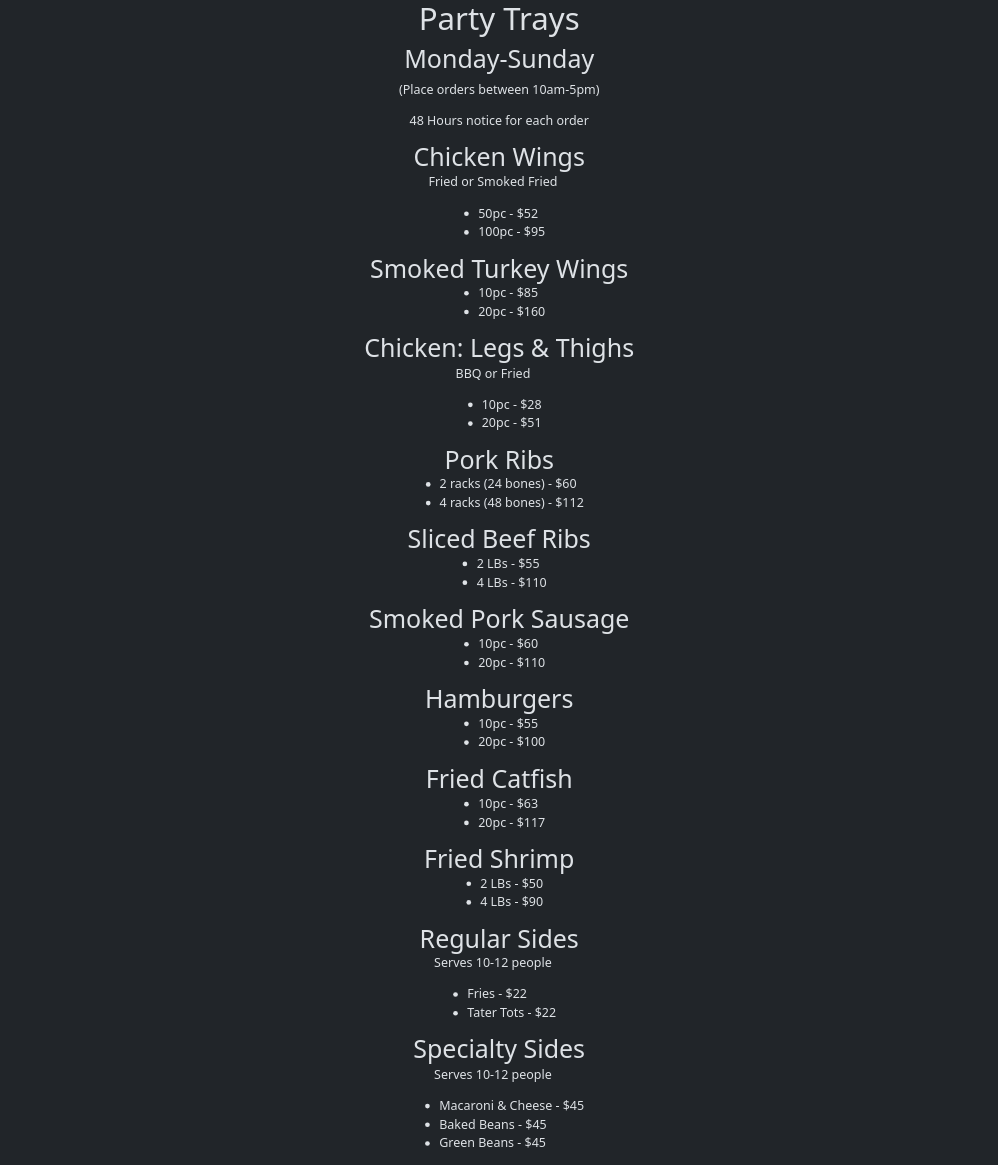
Repository: dukedward/smokehousemenu
Page: trays/index.html
An editor plug-in stored every save of this project. The page is shown before and after the next save, followed by the edit.
The browser window is 1280 px wide. The pictures show the whole page, at 78% of full size.
Some web libraries are served in a nearby version.

Above is the page before, as saved 2023-03-01 09:18:31.

After the next save:
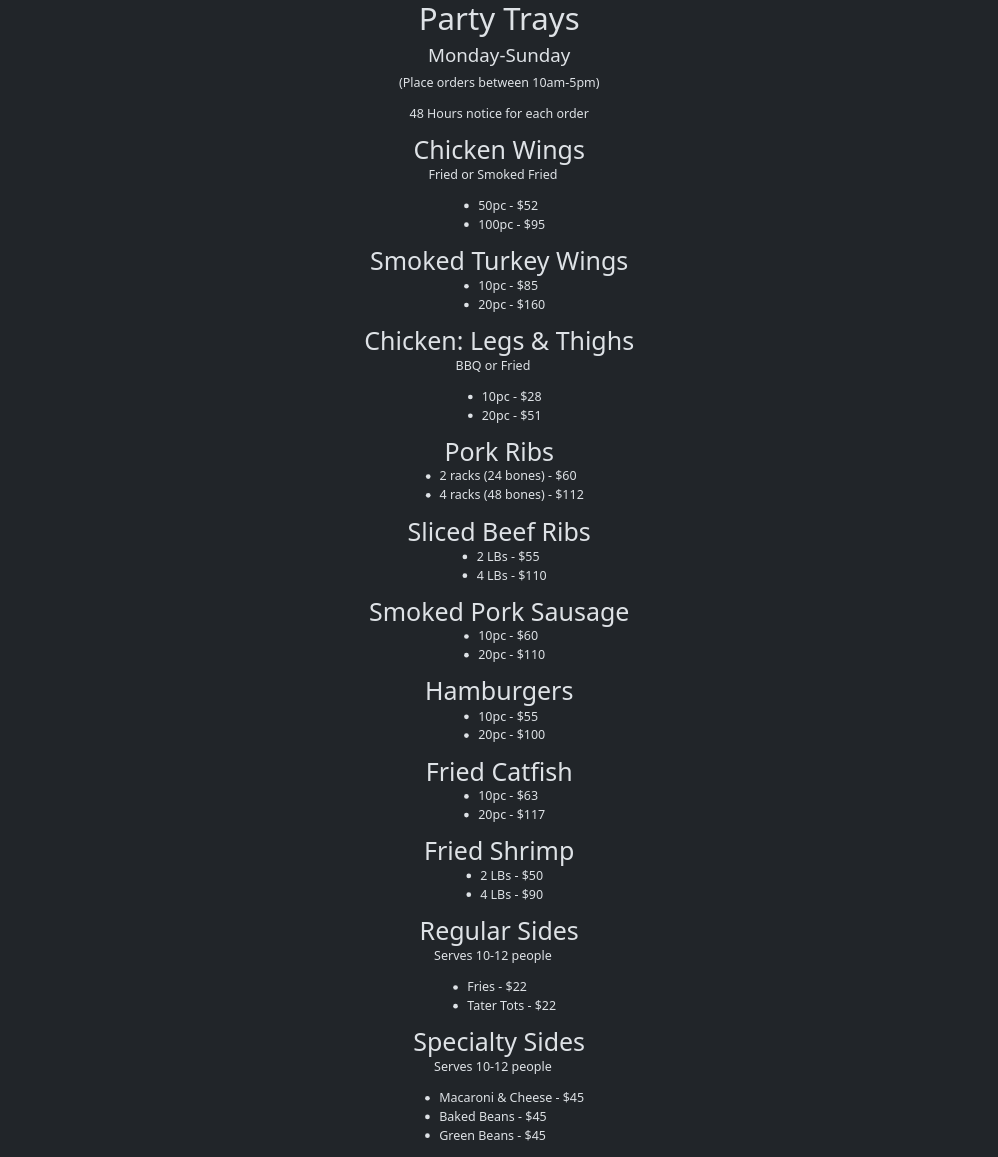
Saved 13 s later.
--- a/trays/index.html
+++ b/trays/index.html
@@ -12,7 +12,7 @@
 <body>
     <div class="title">
         <h1>Party Trays</h1>
-        <h2>Monday-Sunday</h2>
+        <h4>Monday-Sunday</h4>
         <p>(Place orders between 10am-5pm)</p>
         <p>48 Hours notice for each order</p>
     </div>
